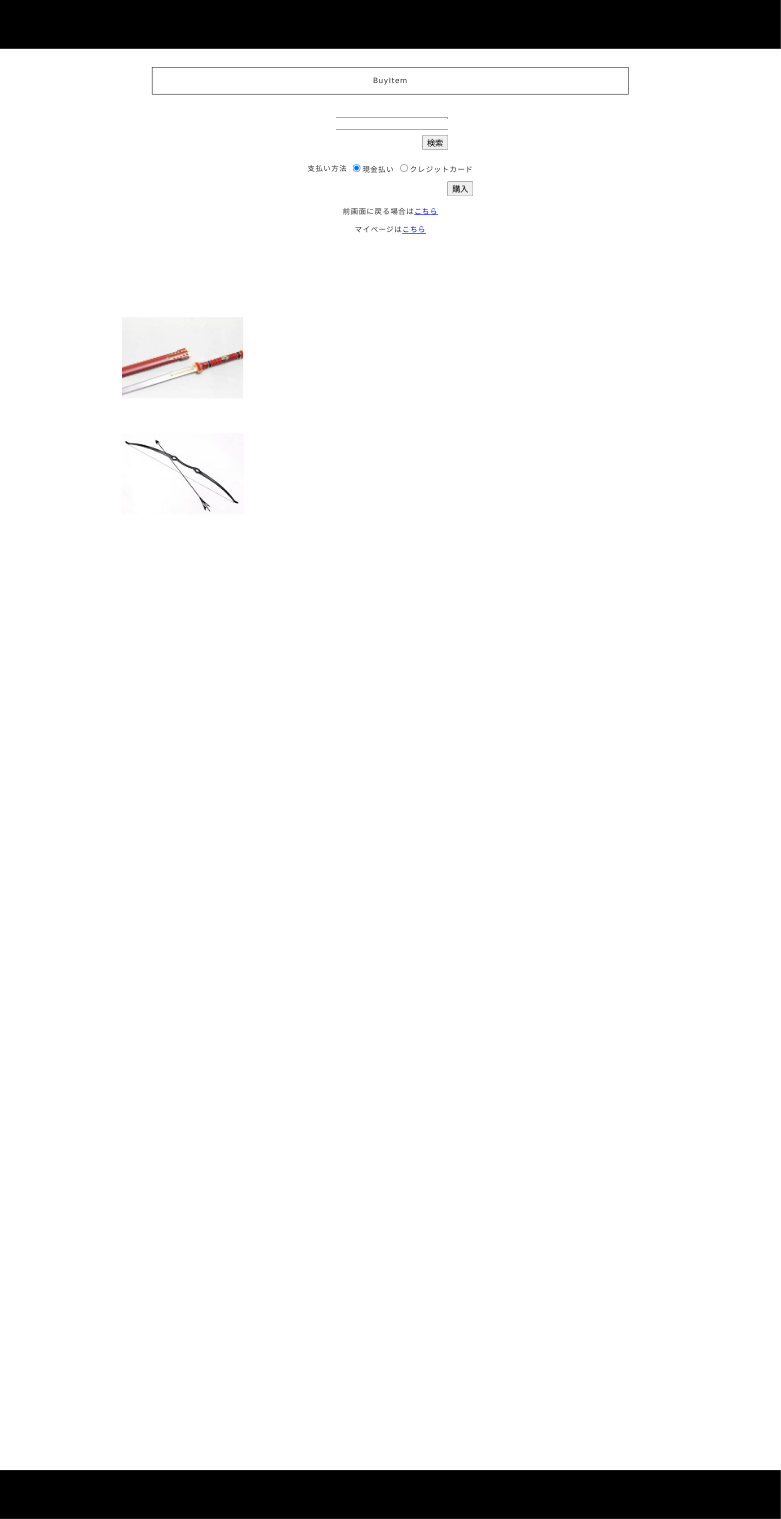
Repository: kanav0208/test
Page: http://localhost/ecsite/buyItem.jsp
An editor plug-in stored every save of this project. The page is shown before and after the next save, followed by the edit.
The browser window is 1280 px wide. The pictures show the whole page, at 61% of full size.
The page is served by Tomcat 9. Other server files are loaded and not shown.

Above is the page before, as saved 2018-02-27 06:56:33.

### ecsite/WebContent/buyItem.jsp
<%@ page language="java" contentType="text/html; charset=UTF-8"
	pageEncoding="UTF-8"%>
<%@ taglib prefix="s" uri="/struts-tags"%>

<!DOCTYPE html>
<html>
<head>
	<meta charset="utf-8">
	<meta http-equiv="Content-Type" content="text/html; charset=utf-8" />
	<meta http-equiv="Content-Style-Type" content="text/css" />
	<meta http-equiv="Content-Script-Type" content="text/javascript" />
	<meta http-equiv="imagetoolbar" content="no" />
	<meta name="description" content="" />
	<meta name="keywords" content="" />
	<meta charset="utf-8">
	<title>BuyItem画面</title>
	<style type="text/css">
	/* ========TAG LAYOUT======== */
		body {
		   margin:0;
		   padding:0;
		   line-height:1.6;
		   letter-spacing:1px;
		   font-family:Verdana, Helvetica, sans-serif;
		   font-size:12px;
		   color:#333;
		   background:#fff;
		}



		table {
			text-align:center;
			margin:0 auto;
		}

	/* ========ID LAYOUT======== */
		#top {
		   width:780px;
		   margin:30px auto;
		   border:1px solid #333;
		}

		#header {
		   width: 100%;
		   height: 80px;
		   background-color: black;
		}



		#main {
		   width: 100%;
		   height: 2300px;
		   text-align: center;
		}

		#footer {
			width: 100%;
			height: 80px;
			background-color: black;
			clear:both;
		}

		.buttons{

    display: block;
    position: absolute;

    bottom: 20px;

    width:1%;

    z-index: 4;

    text-align:left;

    height:200px;

    margin-left: 200px;



}
.buttons a{
    /* ここで改行される */
    inline-block;
    display: block;

    position: relative;

    /* ここで中央寄せ */
    margin: 0 auto;

    width: 30%;
    max-width: 400px;
    min-width: 200px;
    padding-top: 20px;
    margin-right: 400px;


}
.buttons img{
    display: block;

    width: 100%;
    max-width: 400px;
    min-width: 200px;

    /*border-radius: 10px;*/
}

	</style>
</head>
<body>
	<div class="buttons">
       <a href=""><img src="./image/ken.jpg"/></a><br><br>
       <a href=""><img src="./image/yumi.jpg"/></a>
</div>
	<div id="header">
	 	<div id="pr">
		</div>
	</div>
	<div id="main">
		<div id="top">
			<p>BuyItem</p>
		</div>
		<div>
		<s:form action="ItemSearchAction">

			<tr>
				<td>
					<s:textfield name="searchWord" value=""/>
				</td>
				<td>
					<s:submit value="検索"/>
				</td>
			</tr>

		</s:form>

		<s:if test="message != ''">
			<h3><s:property value="message" escape="false"/></h3>
		</s:if>

		<s:form action="BuyItemAction">
			<table>
				<s:iterator value="buyItemDTOList">

				<tr>
					<td>
						<h3><s:property value="itemName"/></h3>
					</td>
				</tr>



				<tr>
					<td>
						<span>値段</span>
					</td>
					<td>
						<s:property value="itemPrice" /><span>円</span>
					</td>
				</tr>
				<tr>
					<td>
						<span>在庫</span>
					</td>
					<td>
					<s:if test="item_stock>0">
						<s:property value="item_stock"/>
					</s:if>
					<s:else>
						<span>品切れ</span>
					</s:else>
					</td>
				</tr>

				<tr>
					<td>
						<span>購入個数</span>
					</td>
					<td>
					<s:if test="item_stock>0">
						<select name="count">
							<option value="0" selected="selected">0</option>
							<option value="1">1</option>
							<option value="2">2</option>
							<option value="3">3</option>
							<option value="4">4</option>
							<option value="5">5</option>
						</select>
					</s:if>
					<s:else>
						<select name="count">
							<option value="0" selected="selected">0</option>
						</select>
					</s:else>
					</td>
				</tr>
				<tr>
					<td>
						<br>
					</td>
				</tr>
				</s:iterator>
				<tr>

					<td>
						<span>支払い方法</span>
					</td>
					<td>
						<input type="radio" name="pay" value="1" checked="checked">現金払い
						<input type="radio" name="pay" value="2">クレジットカード
					</td>
				</tr>

				<tr>
					<td>
						<s:submit value="購入"/>
					</td>
				</tr>

			</table>
		</s:form>

			<div>
				<p>前画面に戻る場合は<a href='<s:url action="GoHomeAction" />'>こちら</a></p>
				<p>マイぺージは<a href='<s:url action="MyPageAction" />'>こちら</a></p>
			</div>
		</div>
	</div>
	<div id="footer">
	 	<div id="pr">
		</div>
	</div>
</body>
</html>

After the next save:
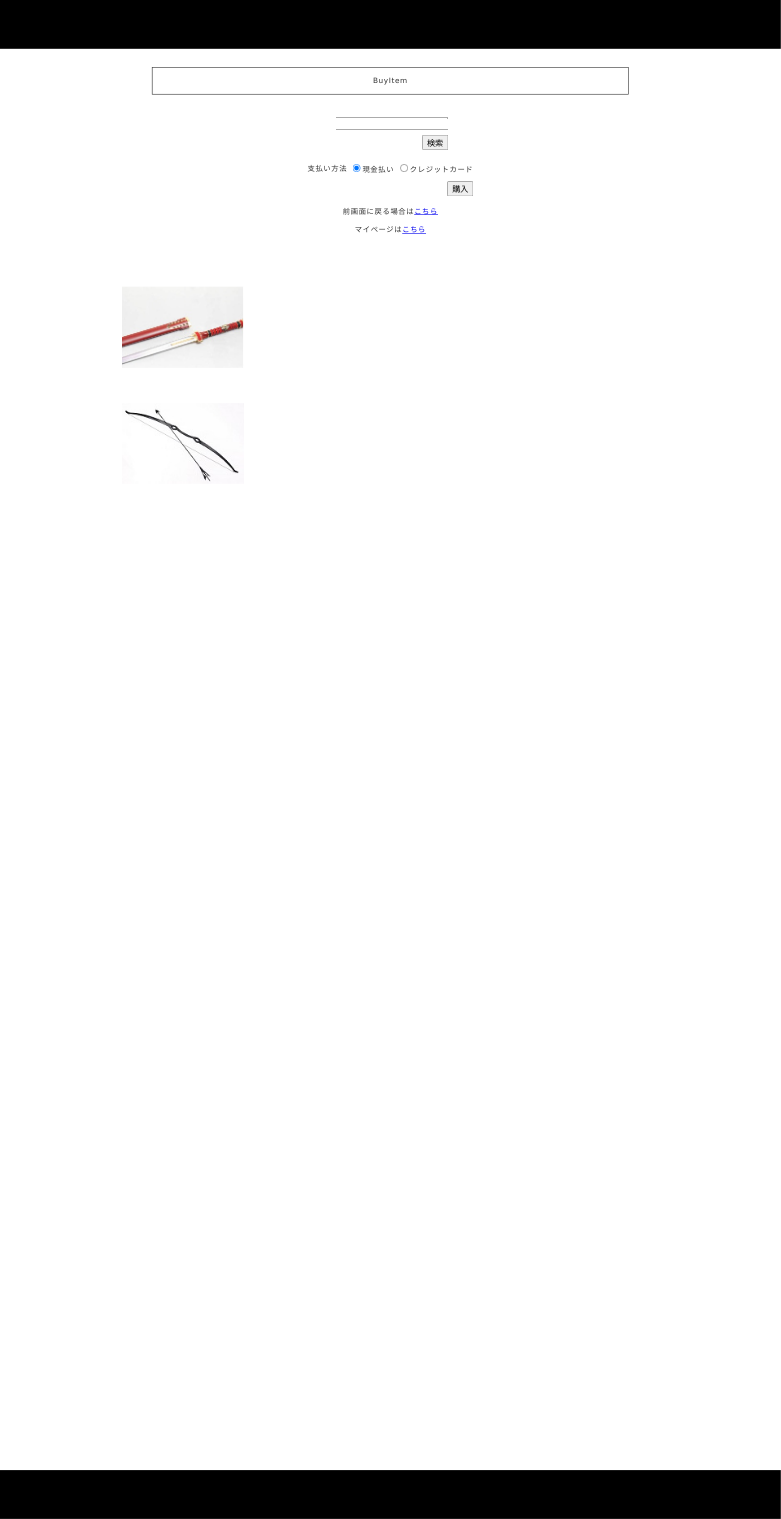
Saved 21 s later.
--- a/ecsite/WebContent/buyItem.jsp
+++ b/ecsite/WebContent/buyItem.jsp
@@ -75,7 +75,7 @@
 
     text-align:left;
 
-    height:200px;
+    height:250px;
 
     margin-left: 200px;
 
